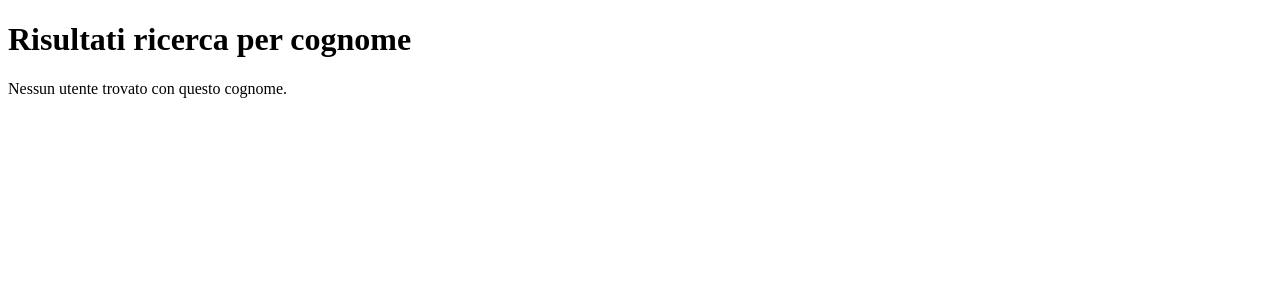
Repository: PcarloP/java_se
Page: http://localhost/anagraficaweb/findByCognome
An editor plug-in stored every save of this project. The page is shown before and after the next save, followed by the edit.
The browser window is 1280 px wide. The pictures show the whole page.
The page is served by Tomcat 10. Other server files are loaded and not shown. Queries for data that is not in the repository find no rows.

Above is the page before, as saved 2025-06-19 21:12:37.

### anagraficaweb/WebContent/risultaticognome.jsp
<%@ page contentType="text/html; charset=UTF-8" language="java" %>
<%@ page import="java.util.*, it.promimpresa.anagrafica.modello.Persona" %>
<!DOCTYPE html>
<html lang="it">
<head>
    <meta charset="UTF-8">
    <title>Risultati ricerca per cognome</title>

    <!--  <link rel="stylesheet" href="stile.css"> -->

</head>
<body>
    <h1>Risultati ricerca per cognome</h1>

    <%
        List<Persona> persone = (List<Persona>) request.getAttribute("persone");
        if (persone != null && !persone.isEmpty()) {
    %>
        <ul>
        <%
            for (Persona p : persone) {
        %>
            <li>
                <strong>Nome:</strong> <%= p.getNome() %> |
                <strong>Cognome:</strong> <%= p.getCognome() %> |
                <strong>CF:</strong> <%= p.getCF() %> |
                <strong>Data di nascita:</strong> <%= p.getDataNascita() %>
            </li>
        <%
            }
        %>
        </ul>
    <%
        } else {
    %>
        <p>Nessun utente trovato con questo cognome.</p>
    <%
        }
    %>
</body>
</html>

### anagraficaweb/src/main/java/it/promimpresa/anagrafica/controllo/FindByCognome.java


import jakarta.servlet.RequestDispatcher;
import jakarta.servlet.ServletException;
import jakarta.servlet.annotation.WebServlet;
import jakarta.servlet.http.HttpServlet;
import jakarta.servlet.http.HttpServletRequest;
import jakarta.servlet.http.HttpServletResponse;
import java.io.IOException;
import java.util.List;

import it.promimpresa.anagrafica.modello.Persona;
import it.promimpresa.anagrafica.persistenza.DAOException;
import it.promimpresa.anagrafica.persistenza.persistenza.impl.PersonaDAOImpl;

/**
 * Servlet implementation class FindByCognome
 */
@WebServlet("/findByCognome")
public class FindByCognome extends HttpServlet {
	private static final long serialVersionUID = 1L;
	private static PersonaDAOImpl personaDAO = new PersonaDAOImpl();
	/**
     * @see HttpServlet#HttpServlet()
     */
    public FindByCognome() {
        super();
        // TODO Auto-generated constructor stub
    }

	/**
	 * @see HttpServlet#doGet(HttpServletRequest request, HttpServletResponse response)
	 */
	protected void doGet(HttpServletRequest request, HttpServletResponse response) throws ServletException, IOException {

		String cognome = request.getParameter("cognome");

		List<Persona> persone = null;

		try {
			System.out.println("=== Find By Cognome ===");
			persone = personaDAO.findByCognome(cognome);
			System.out.println(persone);
			request.setAttribute("persone", persone);
			RequestDispatcher dispatcher = request.getRequestDispatcher("/risultaticognome.jsp");
	        dispatcher.forward(request, response);


		} catch (DAOException e) {
			System.out.println("Ops...si è verificato un errore!");
		}


	}

	/**
	 * @see HttpServlet#doPost(HttpServletRequest request, HttpServletResponse response)
	 */
	protected void doPost(HttpServletRequest request, HttpServletResponse response) throws ServletException, IOException {
		// TODO Auto-generated method stub
		doGet(request, response);
	}

}

### anagraficaweb/src/main/java/it/promimpresa/anagrafica/persistenza/DataSource.java
package it.promimpresa.anagrafica.persistenza;

import java.sql.DriverManager;
import java.sql.SQLException;

import com.sun.jdi.connect.spi.Connection;

public class DataSource {

	private static final String URL = "jdbc:mysql://localhost:3306/anagrafica_db";
	private static final String USER = "root";
	private static final String PASSWORD = "";
	private static final String DRIVER = "com.mysql.cj.jdbc.Driver";

	static {
		try {
			Class.forName(DRIVER);
		} catch (ClassNotFoundException e) {
			System.out.println(e.getMessage());
		}
	}

	public static java.sql.Connection getConnection() throws SQLException {
		return DriverManager.getConnection(URL, USER, PASSWORD);
	}
}

### anagraficaweb/src/main/java/it/promimpresa/anagrafica/persistenza/DBUtil.java
package it.promimpresa.anagrafica.persistenza;

import java.sql.*;

public class DBUtil {

	private DBUtil() {
	}

	public static void close(ResultSet rs) {
		try {
			if (rs != null) {
				rs.close();
			}
		} catch (SQLException e) {
			System.out.println(e.getMessage());
		}
	}

	public static void close(PreparedStatement statement) {
		try {
			if (statement != null) {
				statement.close();
			}
		} catch (SQLException e) {
			System.out.println(e.getMessage());
		}
	}

	public static void close(Connection connection) {
		try {
			if (connection != null) {
				connection.close();
			}
		} catch (SQLException e) {
			System.out.println(e.getMessage());
		}
	}

}

After the next save:
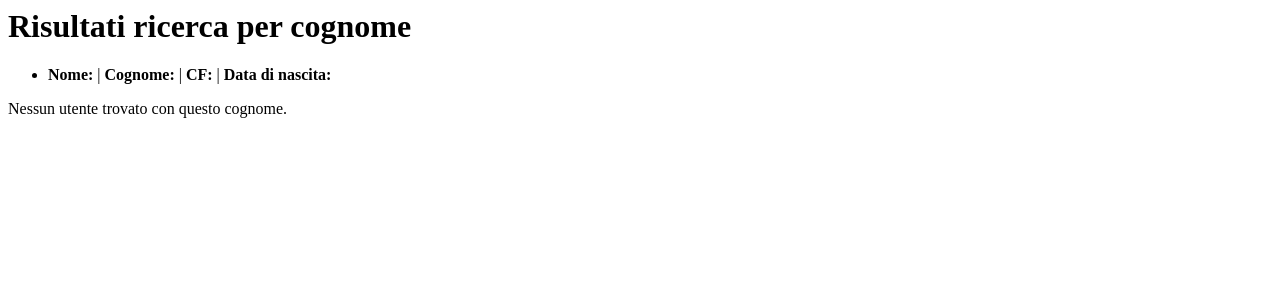
Saved 109 s later.
--- a/anagraficaweb/WebContent/risultaticognome.jsp
+++ b/anagraficaweb/WebContent/risultaticognome.jsp
@@ -1,41 +1,19 @@
-<%@ page contentType="text/html; charset=UTF-8" language="java" %>
-<%@ page import="java.util.*, it.promimpresa.anagrafica.modello.Persona" %>
-<!DOCTYPE html>
-<html lang="it">
-<head>
-    <meta charset="UTF-8">
-    <title>Risultati ricerca per cognome</title>
+<h1>Risultati ricerca per cognome</h1>
 
-    <!--  <link rel="stylesheet" href="stile.css"> -->
-
-</head>
-<body>
-    <h1>Risultati ricerca per cognome</h1>
-
-    <%
-        List<Persona> persone = (List<Persona>) request.getAttribute("persone");
-        if (persone != null && !persone.isEmpty()) {
-    %>
+<c:choose>
+    <c:when test="${not empty persone}">
         <ul>
-        <%
-            for (Persona p : persone) {
-        %>
-            <li>
-                <strong>Nome:</strong> <%= p.getNome() %> |
-                <strong>Cognome:</strong> <%= p.getCognome() %> |
-                <strong>CF:</strong> <%= p.getCF() %> |
-                <strong>Data di nascita:</strong> <%= p.getDataNascita() %>
-            </li>
-        <%
-            }
-        %>
+            <c:forEach var="p" items="${persone}">
+                <li>
+                    <strong>Nome:</strong> ${p.nome} |
+                    <strong>Cognome:</strong> ${p.cognome} |
+                    <strong>CF:</strong> ${p.CF} |
+                    <strong>Data di nascita:</strong> ${p.dataNascita}
+                </li>
+            </c:forEach>
         </ul>
-    <%
-        } else {
-    %>
+    </c:when>
+    <c:otherwise>
         <p>Nessun utente trovato con questo cognome.</p>
-    <%
-        }
-    %>
-</body>
-</html>
+    </c:otherwise>
+</c:choose>

After the save that followed:
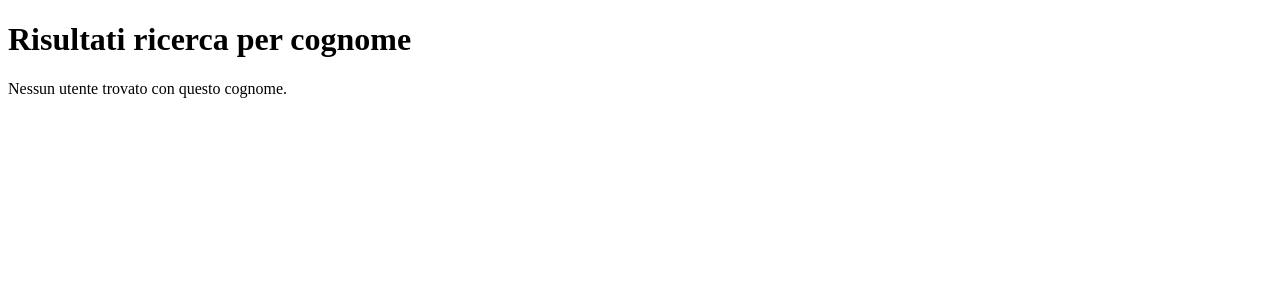
Saved 3 min 52 s later.
--- a/anagraficaweb/WebContent/risultaticognome.jsp
+++ b/anagraficaweb/WebContent/risultaticognome.jsp
@@ -1,19 +1,32 @@
-<h1>Risultati ricerca per cognome</h1>
+<%@ page contentType="text/html;charset=UTF-8" language="java" %>
+<%@ taglib uri="http://java.sun.com/jsp/jstl/core" prefix="c" %>
+<!DOCTYPE html>
+<html lang="it">
+<head>
+    <meta charset="UTF-8">
+    <title>Risultati ricerca per cognome</title>
+</head>
+<body>
 
-<c:choose>
-    <c:when test="${not empty persone}">
-        <ul>
-            <c:forEach var="p" items="${persone}">
-                <li>
-                    <strong>Nome:</strong> ${p.nome} |
-                    <strong>Cognome:</strong> ${p.cognome} |
-                    <strong>CF:</strong> ${p.CF} |
-                    <strong>Data di nascita:</strong> ${p.dataNascita}
-                </li>
-            </c:forEach>
-        </ul>
-    </c:when>
-    <c:otherwise>
-        <p>Nessun utente trovato con questo cognome.</p>
-    </c:otherwise>
-</c:choose>
+    <h1>Risultati ricerca per cognome</h1>
+
+    <c:choose>
+        <c:when test="${not empty persone}">
+            <ul>
+                <c:forEach var="p" items="${persone}">
+                    <li>
+                        Nome: ${p.nome} |
+                        Cognome: ${p.cognome} |
+                        CF: ${p.CF} |
+                        Data di nascita: ${p.dataNascita}
+                    </li>
+                </c:forEach>
+            </ul>
+        </c:when>
+        <c:otherwise>
+            <p>Nessun utente trovato con questo cognome.</p>
+        </c:otherwise>
+    </c:choose>
+
+</body>
+</html>
